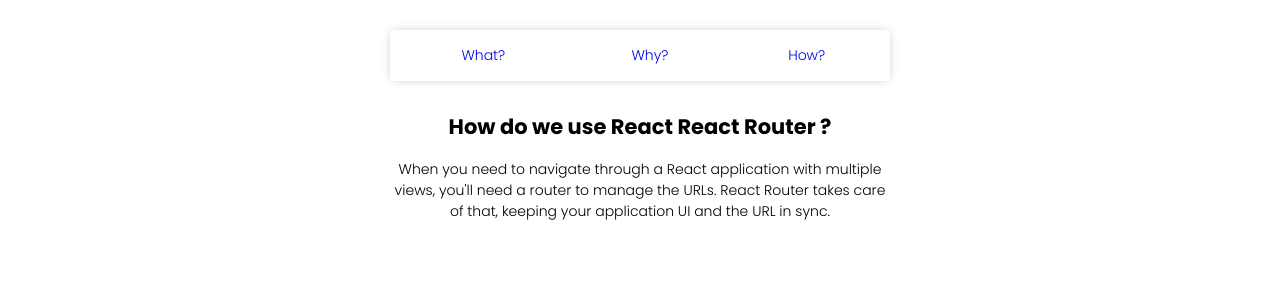
Repository: nguy3nds/2021-18-9-react
Page: /about
An editor plug-in stored every save of this project. The page is shown before and after the next save, followed by the edit.
The browser window is 1280 px wide. The pictures show the whole page.
The project was rebuilt for these pictures with package versions that can differ from the ones it lists, and the page was loaded fresh each time. Also part of the build but not shown: src/components/What.js, src/components/Why.js.

Above is the page before, as saved 2021-09-19 00:03:09.

### src/App.js
import React from "react";
import { BrowserRouter as Router, Switch, Route, Link } from "react-router-dom";
import "./App.css";
import What from "./components/What.js";
import How from "./components/How";
import Why from "./components/Why";

export default function App() {
  return (
    <Router>
      <div>
        <nav>
          <ul className="menu">
            <li class="menu-item has-child">
              <Link to="/">What?</Link>
            </li>
            <li className="menu-item has-child">
              <Link to="/about">Why?</Link>
            </li>
            <li className="menu-item has-child">
              <Link to="/users">How?</Link>
            </li>
          </ul>
        </nav>

        {/* A <Switch> looks through its children <Route>s and
            renders the first one that matches the current URL. */}
        <Switch>
          <Route path="/about">
            <How />
          </Route>
          <Route path="/users">
            <Why />
          </Route>
          <Route path="/">
            <What />
          </Route>
        </Switch>
      </div>
    </Router>
  );
}

### src/App.css
@import url("https://fonts.googleapis.com/css2?family=Poppins:wght@300;400;600;700&display=swap");
:root {
  --primary: #08aeea;
  --secondary: #13d2b8;
  --purple: #bd93f9;
  --pink: #ff6bcb;
  --blue: #8be9fd;
  --gray: #333;
  --font: "Poppins", sans-serif;
  --gradient: linear-gradient(40deg, #ff6ec4, #7873f5);
  --shadow: 0 0 15px 0 rgba(0, 0, 0, 0.05);
}
*,
*:before,
*:after {
  box-sizing: border-box;
}
html {
  font-size: 62.5%;
  text-align: center;
}

body {
  font-family: var(--font);
  font-size: 1.4rem;
  overflow-x: hidden;
  font-weight: 300;
  width: 500px;
  margin: 0 auto;
}

img {
  display: block;
  max-width: 100%;
}

a {
  text-decoration: none;
}

input,
button,
textarea,
select {
  font-family: var(--font);
  font-size: 1.4rem;
  font-weight: 300;
  outline: none;
  border: 0;
  margin: 0;
  padding: 0;
  border-radius: 0;
  -webkit-appearance: none;
}

button {
  cursor: pointer;
}

.menu {
  position: relative;
  max-width: 500px;
  margin: 30px auto;
  display: grid;
  grid-template-columns: 1fr 1fr 1fr;
  justify-content: center;
  background-color: white;
  padding: 1.5rem;
  box-shadow: 0 0 10px -2px rgba(0, 0, 0, 0.25);
}

.menu-link {
  font-size: 1.4rem;
  color: #918eae;
  display: block;
}
.menu-link:hover {
  color: #202842;
}

.menu-child-link {
  display: flex;
  align-items: center;
  justify-content: space-between;
  padding: 1.5rem;
  color: #918eae;
}
.menu-child-item {
  position: relative;
}
.menu-child-link:hover {
  color: #202842;
}

.menu-toggle {
  display: none;
}
.nav {
  position: relative;
}
.arrow-right {
  display: none;
}
@media screen and (min-width: 1024px) {
  .arrow-down {
    display: none;
  }
  .arrow-right {
    display: block;
  }
  .menu-item:not(:first-child) {
    margin-left: 2rem;
  }
  .menu-child {
    position: absolute;
    top: 100%;
    left: 0;
    margin-top: 1rem;
    min-width: 20rem;
    background-color: white;
    box-shadow: var(--shadow);
    display: none;
  }
  .menu-child:before {
    content: "";
    position: absolute;
    top: 0;
    left: 0;
    width: 100%;
    height: 1rem;
    background-color: transparent;
    transform: translateY(-100%);
  }
  .menu-child1 {
    top: 0;
    left: 100%;
    margin-top: 0;
  }
  .menu-item.has-child:hover > .menu-child {
    display: block;
  }
  .menu-child-item.has-child:hover > .menu-child {
    display: block;
  }
}

ul li {
  list-style: none;
}
@media screen and (max-width: 1023px) {
  .menu {
    position: absolute;
    right: 0;
    top: 100%;
    min-width: 20rem;
    background-color: white;
    box-shadow: var(--shadow);
    flex-direction: column;
    display: none;
    z-index: 100;
  }
  .menu.show,
  .menu-child.show {
    display: block;
  }
  .menu-item:not(:last-child) {
    border-bottom: 1px solid #eee;
  }
  .menu-link {
    padding: 1.5rem;
    display: flex;
    justify-content: space-between;
    align-items: center;
  }
  .menu-child {
    display: none;
    background-color: #f6f6f6;
  }
  .menu-child1 {
    background-color: #eee;
  }
  .menu-toggle {
    width: max-content;
    font-size: 2rem;
    display: block;
    margin-left: auto;
    cursor: pointer;
  }
}

### src/components/How.js
export default function Why() {
  return (
    <div>
      <h2>How do we use React React Router ?</h2>
      <p>
        When you need to navigate through a React application with multiple
        views, you'll need a router to manage the URLs. React Router takes care
        of that, keeping your application UI and the URL in sync.
      </p>
    </div>
  );
}

Loaded but not shown: public/index.html (common file); src/index.js (common file); src/index.css (common file); src/reportWebVitals.js (common file)

After the next save:
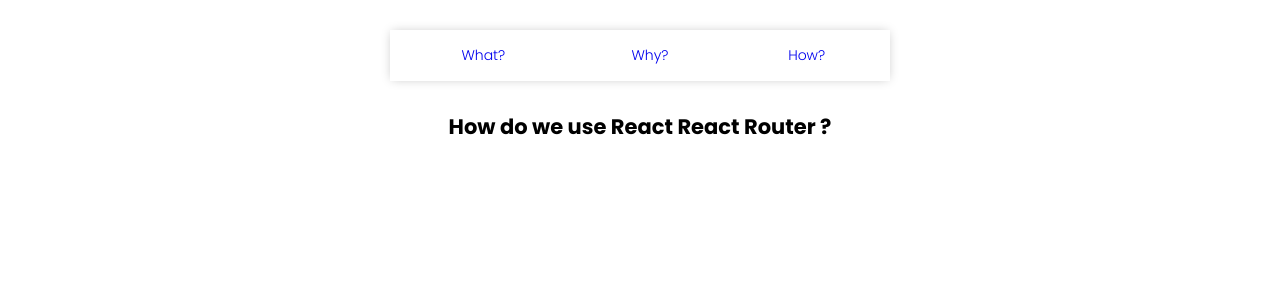
Saved 24 s later.
--- a/src/components/How.js
+++ b/src/components/How.js
@@ -2,11 +2,10 @@ export default function Why() {
   return (
     <div>
       <h2>How do we use React React Router ?</h2>
-      <p>
-        When you need to navigate through a React application with multiple
-        views, you'll need a router to manage the URLs. React Router takes care
-        of that, keeping your application UI and the URL in sync.
-      </p>
+      <ul>
+        <li></li>
+        <li></li>
+      </ul>
     </div>
   );
 }
